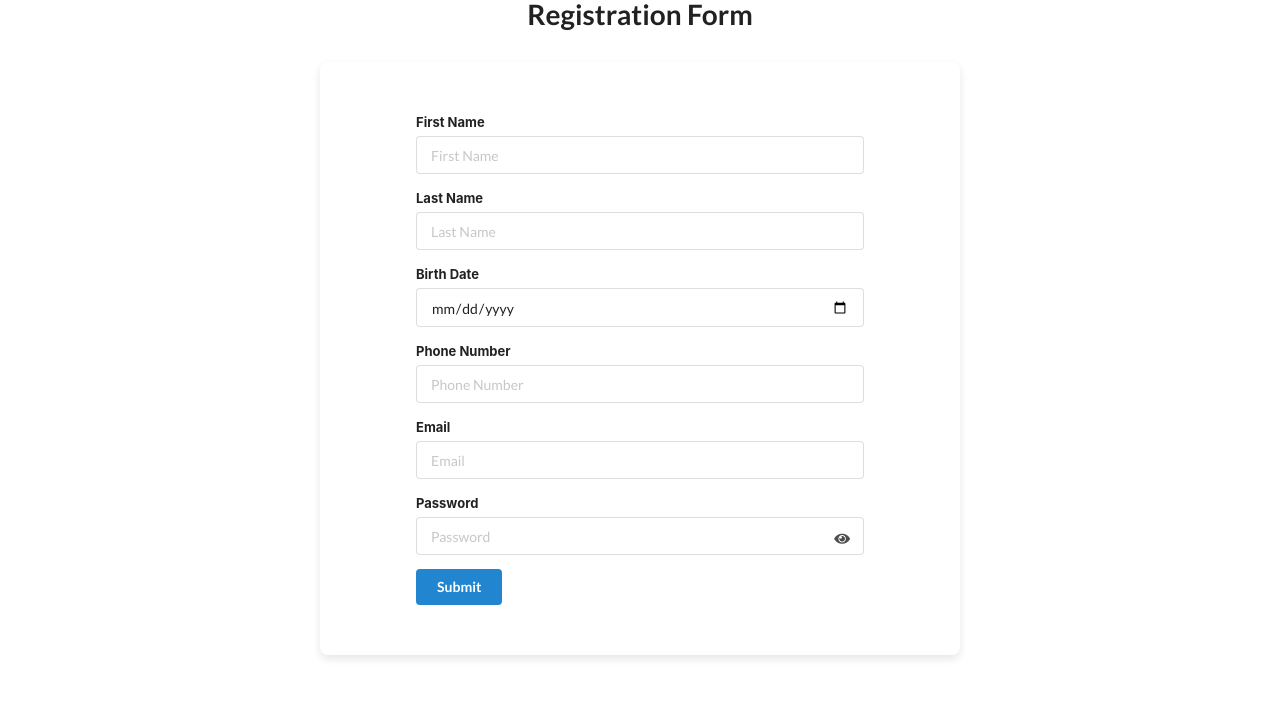
Repository: Wahid137/registration-form
Page: /
These files come from the project's save history. The page is drawn as it stood at one moment and after the next save; the edit follows.
The browser window is 1280 px wide. The pictures show the whole page.
The project was rebuilt for these pictures with package versions that can differ from the ones it lists, and the page was loaded fresh each time. Also part of the build but not shown: src/App.css.

Above is the page before, as saved 2024-05-01 12:46:59.

### src/index.js
import React from 'react';
import ReactDOM from 'react-dom/client';
import 'semantic-ui-css/semantic.min.css';
import App from './App';
import './index.css';
import reportWebVitals from './reportWebVitals';

const root = ReactDOM.createRoot(document.getElementById('root'));
root.render(
  <React.StrictMode>
    <App />
  </React.StrictMode>
);

// If you want to start measuring performance in your app, pass a function
// to log results (for example: reportWebVitals(console.log))
// or send to an analytics endpoint. Learn more: https://bit.ly/CRA-vitals
reportWebVitals();

### src/App.js
import { Header } from 'semantic-ui-react';
import './App.css';
import Register from './components/Register';

function App() {
  return (
    <div className="App">
      <Header as='h1' textAlign='center'>
        Registration Form
      </Header>
      <Register />
    </div>
  );
}

export default App;

### src/components/Register.js
import Joi from "joi";
import moment from "moment";
import React, { useState } from "react";
import { useForm } from "react-hook-form";
import { Button, Container, Form, FormField, Icon } from "semantic-ui-react";

const Register = () => {
    const [showPassword, setShowPassword] = useState(false); // State to toggle password visibility
    const togglePasswordVisibility = () => setShowPassword(!showPassword);
    // Initialize React Hook Form
    const { register, handleSubmit, formState: { errors }, reset } = useForm();

    // State to hold errors
    const [formErrors, setFormErrors] = useState({});

    // Calculate the minimum birth date (18 years ago from today)
    const minBirthDate = moment().subtract(18, "years").format("YYYY-MM-DD");
    const nameRegex = /^[A-Za-z\s]+$/;
    const phoneRegex = /^[0-9]{10}$/;
    const passwordRegex = /^(?=.*[a-z])(?=.*[A-Z])(?=.*\d)[a-zA-Z\d]{3,30}$/;

    // Joi schema for validation
    const schema = Joi.object({
        firstName: Joi.string().min(2).max(20).pattern(nameRegex).required().messages({
            "string.base": "First name must be a string",
            "string.empty": "Please enter your first name",
            "string.min": "First name must have at least {#limit} characters",
            "string.max": "First name cannot exceed {#limit} characters",
            "string.pattern.base": "First name must contain only alphabets and spaces",
            "any.required": "First name is required",
        }),
        lastName: Joi.string().min(2).max(20).pattern(nameRegex).required().messages({
            "string.base": "Last name must be a string",
            "string.empty": "Please enter your last name",
            "string.min": "Last name must have at least {#limit} characters",
            "string.max": "Last name cannot exceed {#limit} characters",
            "string.pattern.base": "Last name must contain only alphabets and spaces",
            "any.required": "Last name is required",
        }),
        birthDate: Joi.date()
            .max(minBirthDate) // Set the maximum allowed birth date
            .required()
            .messages({
                "date.base": "Please enter a valid date",
                "date.max": "You must be at least 18 years old",
                "any.required": "Birth date is required",
            }),
        phoneNumber: Joi.string().pattern(phoneRegex).required().messages({
            "string.base": "Phone number must be a string",
            "string.empty": "Please enter your phone number",
            "string.pattern.base": "Phone number must be exactly 10 digits",
            "any.required": "Phone number is required",
        }),
        email: Joi.string().email({ tlds: { allow: false } }).required().messages({
            "string.base": "Email must be a string",
            "string.empty": "Please enter your email",
            "string.email": "Please enter a valid email address",
            "any.required": "Email is required",
        }),
        password: Joi.string().pattern(passwordRegex).required().messages({
            "string.base": "Password must be a string",
            "string.empty": "Please enter your password",
            "string.pattern.base": "Password must be 3 to 30 characters long and contain at least one lowercase letter, one uppercase letter, and one digit",
            "any.required": "Password is required",
            "any.only": "Password must contain at least one lowercase letter, one uppercase letter, and one digit"
        }),
    });

    const getPasswordErrorMessage = (value) => {
        if (value.length < 3 || value.length > 30) {
            return "Password must be 3 to 30 characters long";
        }
        if (!/[a-z]/.test(value)) {
            return "Password must contain at least one lowercase letter";
        }
        if (!/[A-Z]/.test(value)) {
            return "Password must contain at least one uppercase letter";
        }
        if (!/[0-9]/.test(value)) {
            return "Password must contain at least one digit";
        }
        return "";
    };

    const onSubmit = (data) => {
        // Validate using Joi schema
        const { error } = schema.validate(data, { abortEarly: false });
        if (error) {
            const errorMessage = {};
            error.details.forEach((detail) => {
                errorMessage[detail.path[0]] = detail.message;
            });
            // Additional password validation based on input
            if (data.password) {
                errorMessage.password = getPasswordErrorMessage(data.password);
            }
            setFormErrors(errorMessage); // Set errors in component state
            return; // Exit early if there are errors
        }
        console.log(data);
        reset(); // Reset the form after successful submission
        setFormErrors({}); // Clear all errors after successful submission
    };

    return (
        <Container
            style={{
                marginTop: "30px",
                display: "flex",
                width: "50%",
                justifyContent: "center",
                paddingTop: "50px",
                paddingBottom: "50px",
                boxShadow: "0 4px 8px rgba(0,0,0,0.1)", // Add shadow effect
                borderRadius: "8px", // Add border radius for rounded corners
            }}
        >
            <Form style={{ width: "70%" }} onSubmit={handleSubmit(onSubmit)}>
                <div style={{ marginBottom: "1rem" }}>
                    <FormField error={formErrors.firstName !== undefined}>
                        <label>First Name</label>
                        <input
                            placeholder="First Name"
                            {...register("firstName")}
                            className={formErrors.firstName ? "error" : ""}
                        />
                        {formErrors.firstName && (
                            <div className="ui pointing red basic label">
                                {formErrors.firstName}
                            </div>
                        )}
                    </FormField>
                </div>
                <div style={{ marginBottom: "1rem" }}>
                    <FormField error={formErrors.lastName !== undefined}>
                        <label>Last Name</label>
                        <input
                            placeholder="Last Name"
                            {...register("lastName")}
                            className={formErrors.lastName ? "error" : ""}
                        />
                        {formErrors.lastName && (
                            <div className="ui pointing red basic label">
                                {formErrors.lastName}
                            </div>
                        )}
                    </FormField>
                </div>
                <div style={{ marginBottom: "1rem" }}>
                    <FormField error={formErrors.birthDate !== undefined}>
                        <label>Birth Date</label>
                        <input
                            type="date"
                            name="birthDate"
                            {...register("birthDate")}
                            className={formErrors.birthDate ? "error" : ""}
                        />
                        {formErrors.birthDate && (
                            <div className="ui pointing red basic label">
                                {formErrors.birthDate}
                            </div>
                        )}
                    </FormField>
                </div>
                <div style={{ marginBottom: "1rem" }}>
                    <FormField error={formErrors.phoneNumber !== undefined}>
                        <label>Phone Number</label>
                        <input
                            placeholder="Phone Number"
                            {...register("phoneNumber")}
                            className={formErrors.phoneNumber ? "error" : ""}
                        />
                        {formErrors.phoneNumber && (
                            <div className="ui pointing red basic label">
                                {formErrors.phoneNumber}
                            </div>
                        )}
                    </FormField>
                </div>
                <div style={{ marginBottom: "1rem" }}>
                    <FormField error={formErrors.email !== undefined}>
                        <label>Email</label>
                        <input
                            placeholder="Email"
                            {...register("email")}
                            className={formErrors.email ? "error" : ""}
                        />
                        {formErrors.email && (
                            <div className="ui pointing red basic label">
                                {formErrors.email}
                            </div>
                        )}
                    </FormField>
                </div>
                <div style={{ marginBottom: "1rem" }}>
                    <FormField error={formErrors.password !== undefined}>
                        <label>Password</label>
                        <div className="ui input">
                            <input
                                type={showPassword ? "text" : "password"}
                                placeholder="Password"
                                {...register("password")}
                                className={formErrors.password ? "error" : ""}
                            />
                            <Icon
                                name={showPassword ? "eye slash" : "eye"}
                                link
                                onClick={togglePasswordVisibility}
                                style={{ cursor: "pointer", position: "absolute", right: "10px", top: "50%", transform: "translateY(-50%)" }}
                            />
                        </div>
                        {formErrors.password && (
                            <div className="ui pointing red basic label">
                                {formErrors.password}
                            </div>
                        )}
                    </FormField>
                </div>
                <Button type="submit" color="blue">
                    Submit
                </Button>
            </Form>
        </Container>
    );
};

export default Register;

Loaded but not shown: public/index.html (common file); src/index.css (common file); src/reportWebVitals.js (common file)

After the next save:
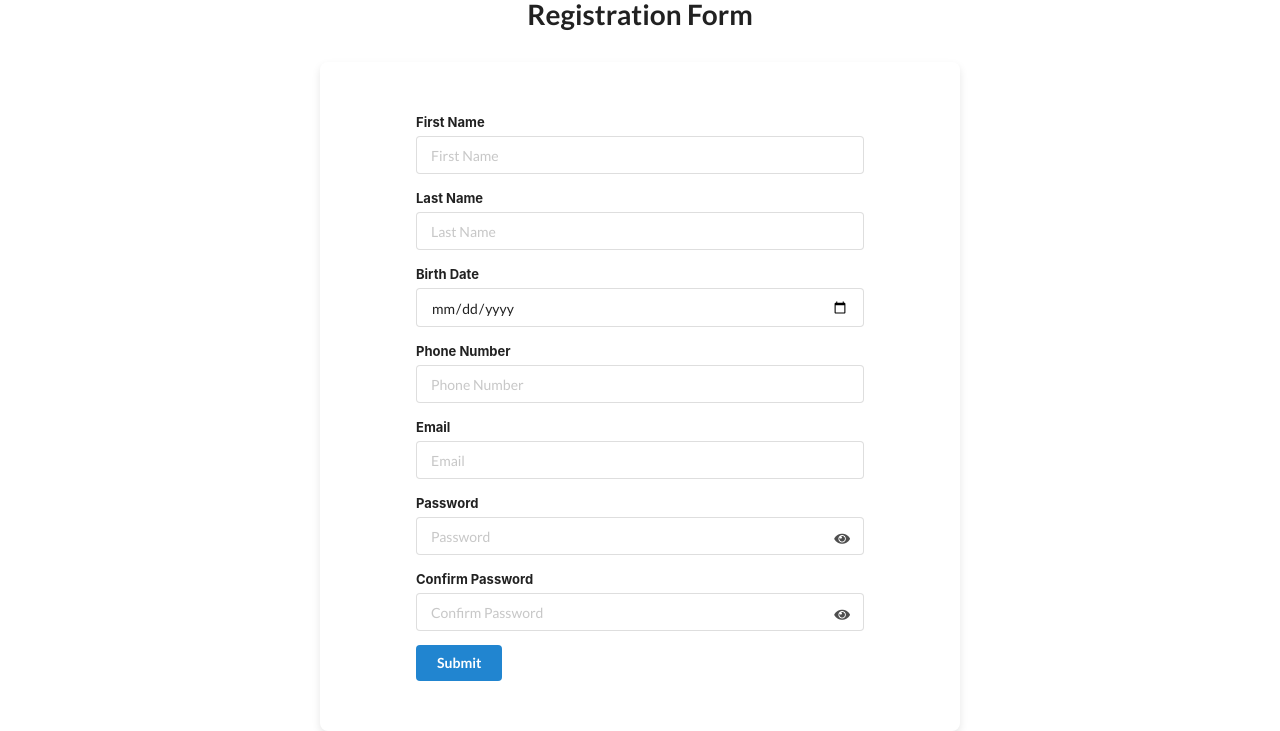
Saved 3 min 13 s later.
--- a/src/components/Register.js
+++ b/src/components/Register.js
@@ -6,9 +6,13 @@ import { Button, Container, Form, FormField, Icon } from "semantic-ui-react";
 
 const Register = () => {
     const [showPassword, setShowPassword] = useState(false); // State to toggle password visibility
+    const [showConfirmPassword, setShowConfirmPassword] = useState(false); // State to toggle confirm password visibility
     const togglePasswordVisibility = () => setShowPassword(!showPassword);
+    const toggleConfirmPasswordVisibility = () => setShowConfirmPassword(!showConfirmPassword);
+
     // Initialize React Hook Form
-    const { register, handleSubmit, formState: { errors }, reset } = useForm();
+    const { register, handleSubmit, formState: { errors }, reset, watch } = useForm();
+    const password = watch("password", "");
 
     // State to hold errors
     const [formErrors, setFormErrors] = useState({});
@@ -62,7 +66,10 @@ const Register = () => {
             "string.empty": "Please enter your password",
             "string.pattern.base": "Password must be 3 to 30 characters long and contain at least one lowercase letter, one uppercase letter, and one digit",
             "any.required": "Password is required",
-            "any.only": "Password must contain at least one lowercase letter, one uppercase letter, and one digit"
+        }),
+        confirmPassword: Joi.string().valid(password).required().messages({
+            "any.only": "Passwords do not match",
+            "any.required": "Confirm password is required",
         }),
     });
 
@@ -216,6 +223,30 @@ const Register = () => {
                         )}
                     </FormField>
                 </div>
+                <div style={{ marginBottom: "1rem" }}>
+                    <FormField error={formErrors.confirmPassword !== undefined}>
+                        <label>Confirm Password</label>
+                        <div className="ui input">
+                            <input
+                                type={showConfirmPassword ? "text" : "password"}
+                                placeholder="Confirm Password"
+                                {...register("confirmPassword")}
+                                className={formErrors.confirmPassword ? "error" : ""}
+                            />
+                            <Icon
+                                name={showConfirmPassword ? "eye slash" : "eye"}
+                                link
+                                onClick={toggleConfirmPasswordVisibility}
+                                style={{ cursor: "pointer", position: "absolute", right: "10px", top: "50%", transform: "translateY(-50%)" }}
+                            />
+                        </div>
+                        {formErrors.confirmPassword && (
+                            <div className="ui pointing red basic label">
+                                {formErrors.confirmPassword}
+                            </div>
+                        )}
+                    </FormField>
+                </div>
                 <Button type="submit" color="blue">
                     Submit
                 </Button>
